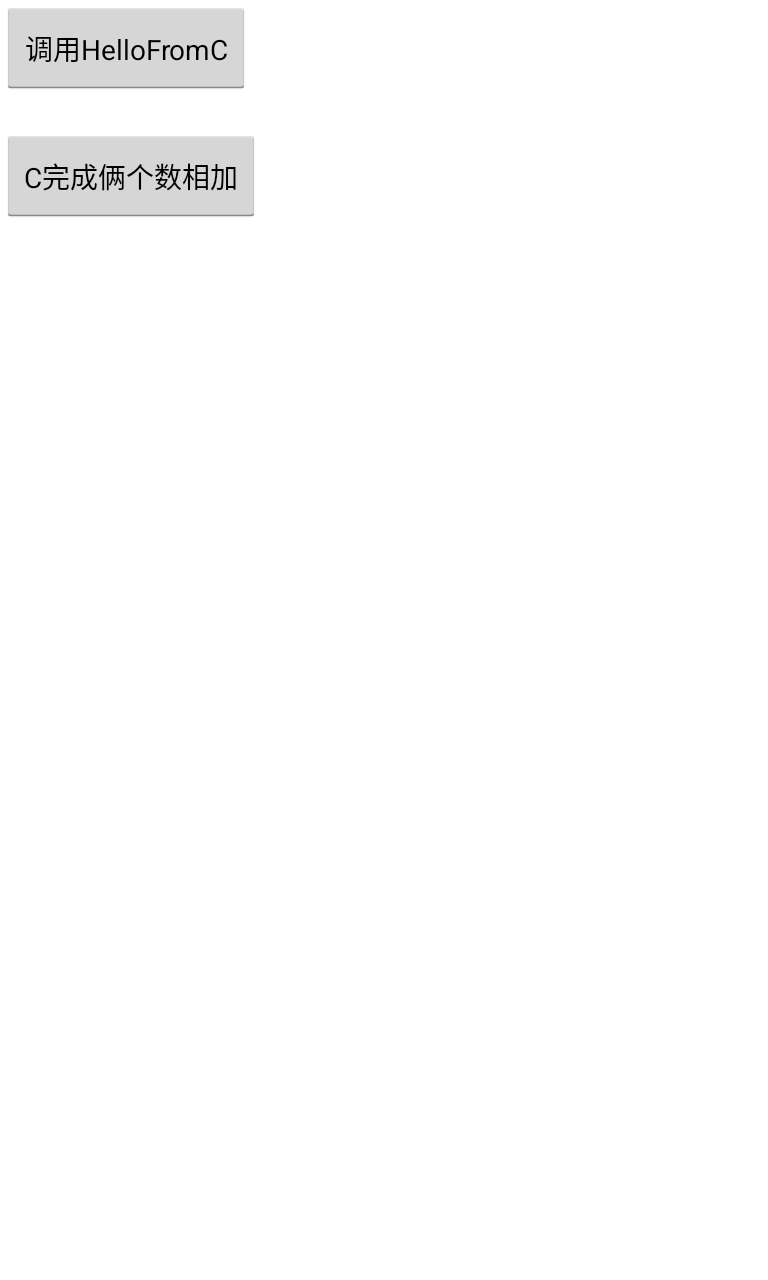
Repository: IvyZh/hm66
Layout: 黑马基础项目/res/layout/activity_jni.xml
The author's editor kept a copy of each file at every save. The layout is drawn from the files as they stood at one save, then again after the next save.
It is drawn on a 768 x 1280 px phone screen (xhdpi) without system bars, with theme AppTheme; the app's code is not run.

Above is the layout before, as saved 2016-05-29 19:47:03.

### 黑马基础项目/res/layout/activity_jni.xml
<RelativeLayout xmlns:android="http://schemas.android.com/apk/res/android"
    xmlns:tools="http://schemas.android.com/tools"
    android:layout_width="match_parent"
    android:layout_height="match_parent"
    android:orientation="vertical" >

    <Button
        android:id="@+id/button1"
        style="?android:attr/buttonStyleSmall"
        android:layout_width="wrap_content"
        android:layout_height="wrap_content"
        android:layout_alignParentLeft="true"
        android:layout_alignParentTop="true"
        android:onClick="click1"
        android:text="调用HelloFromC" />

    <Button
        android:id="@+id/button2"
        style="?android:attr/buttonStyleSmall"
        android:layout_width="wrap_content"
        android:layout_height="wrap_content"
        android:layout_alignParentLeft="true"
        android:layout_below="@+id/button1"
        android:layout_marginTop="16dp"
        android:onClick="click2"
        android:text="C完成俩个数相加" />

</RelativeLayout>

Loaded but not shown: 黑马基础项目/res/values/styles.xml (common file); 黑马基础项目/res/values-v11/styles.xml (common file); 黑马基础项目/res/values-v14/styles.xml (common file)

After the next save:
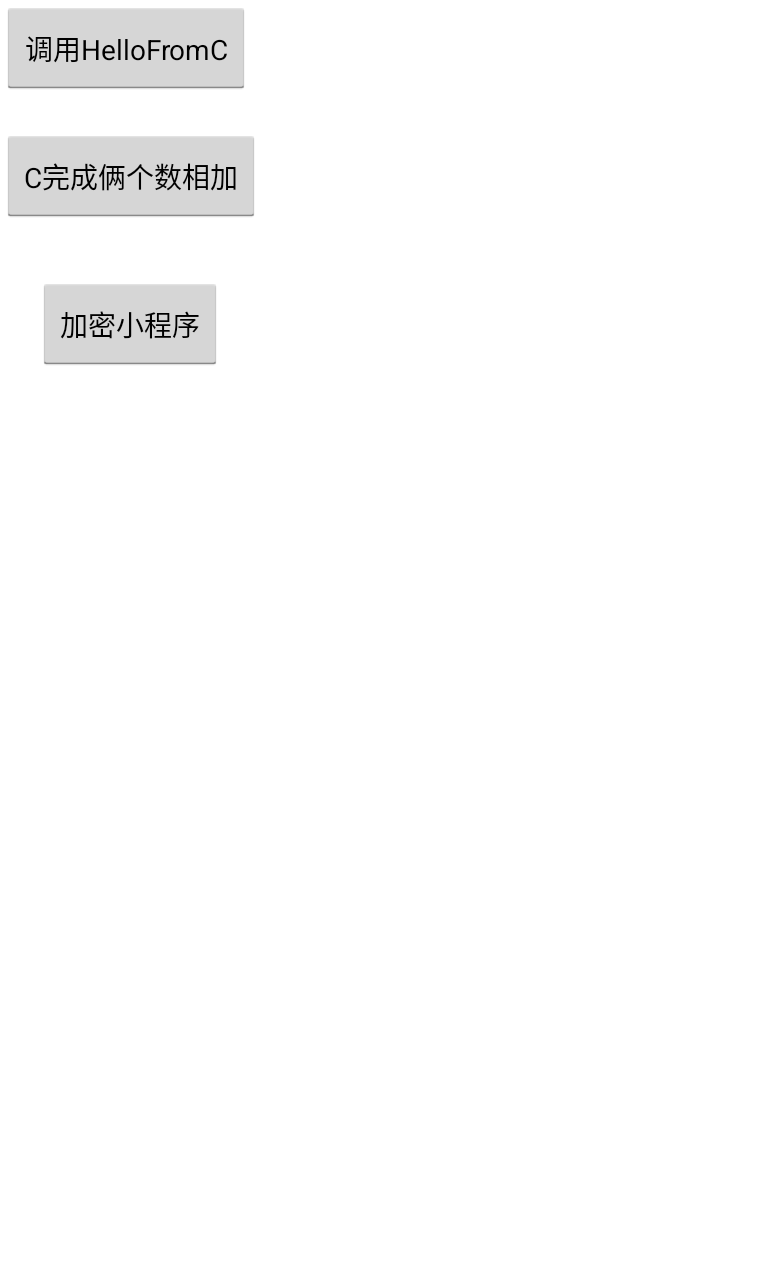
Saved 3 min 9 s later.
--- a/黑马基础项目/res/layout/activity_jni.xml
+++ b/黑马基础项目/res/layout/activity_jni.xml
@@ -25,4 +25,15 @@
         android:onClick="click2"
         android:text="C完成俩个数相加" />
 
+    <Button
+        android:id="@+id/button3"
+        style="?android:attr/buttonStyleSmall"
+        android:layout_width="wrap_content"
+        android:layout_height="wrap_content"
+        android:layout_alignParentLeft="true"
+        android:layout_below="@+id/button2"
+        android:layout_marginLeft="18dp"
+        android:layout_marginTop="26dp"
+        android:text="加密小程序" />
+
 </RelativeLayout>
